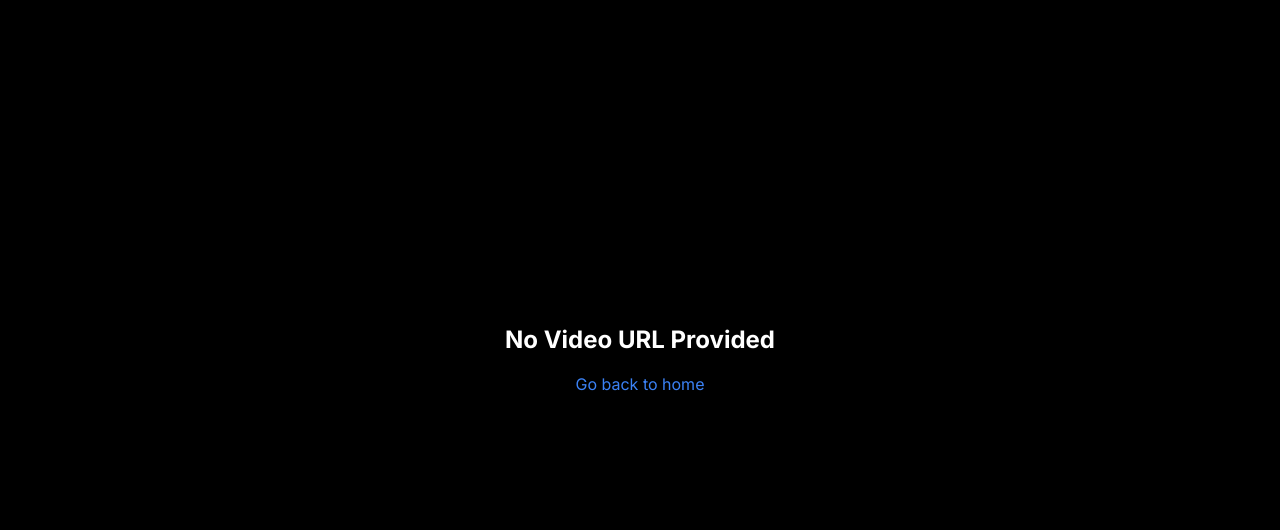
Repository: kibengevictor/CineStream
Page: /player
These files come from the project's save history. The page is drawn as it stood at one moment and after the next save; the edit follows.
The browser window is 1280 px wide. The pictures show the whole page.
The project was rebuilt for these pictures with package versions that can differ from the ones it lists, and the page was loaded fresh each time. The framework's server and built-in components were replaced by stand-ins that run in the browser. Also part of the build but not shown: next.config.js.

Above is the page before, as saved 2025-08-30 15:24:00.

After the next save:
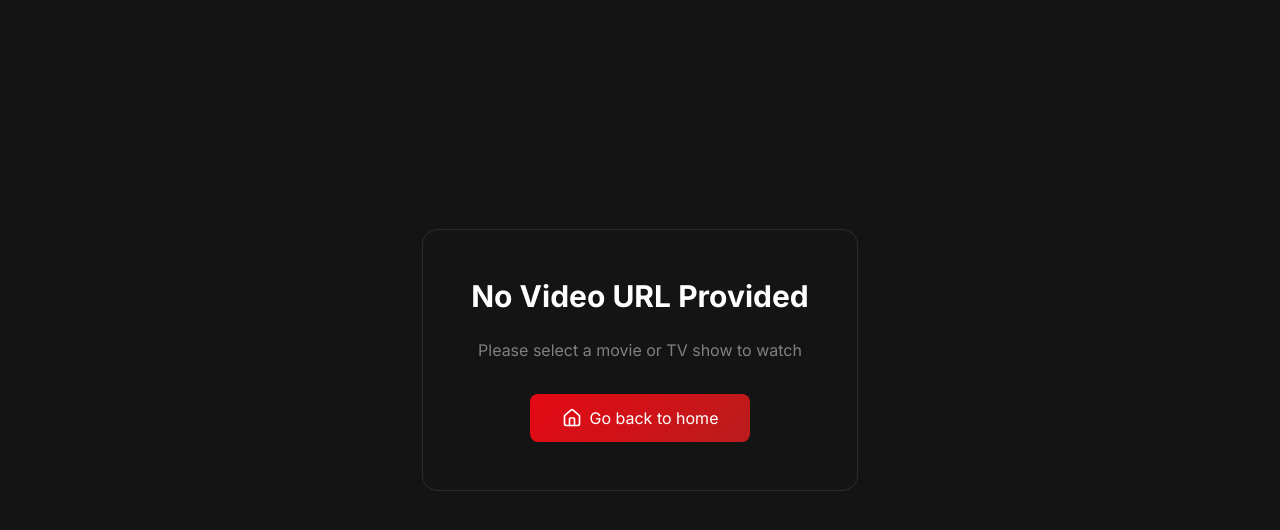
Saved 4 min 35 s later.
--- a/src/app/player/page.tsx
+++ b/src/app/player/page.tsx
@@ -1,7 +1,7 @@
 'use client'
 
 import { useSearchParams } from 'next/navigation'
-import { ArrowLeft, ExternalLink } from 'lucide-react'
+import { ArrowLeft, ExternalLink, Home, RotateCcw } from 'lucide-react'
 import { Suspense } from 'react'
 
 function PlayerContent() {
@@ -12,10 +12,19 @@ function PlayerContent() {
 
   if (!url) {
     return (
-      <div className="min-h-screen bg-black flex items-center justify-center text-white">
-        <div className="text-center">
-          <h1 className="text-2xl font-bold mb-4">No Video URL Provided</h1>
-          <a href="/" className="text-blue-500 hover:underline">Go back to home</a>
+      <div className="min-h-screen bg-netflix-black flex items-center justify-center text-white">
+        <div className="text-center glass p-12 rounded-2xl max-w-md">
+          <h1 className="text-3xl font-bold mb-6">No Video URL Provided</h1>
+          <p className="text-netflix-light-gray mb-8">
+            Please select a movie or TV show to watch
+          </p>
+          <a
+            href="/"
+            className="btn-primary text-white px-8 py-3 rounded-lg inline-flex items-center space-x-2 hover:bg-red-600 transition-all duration-300"
+          >
+            <Home className="w-5 h-5" />
+            <span>Go back to home</span>
+          </a>
         </div>
       </div>
     )
@@ -23,54 +32,96 @@ function PlayerContent() {
 
   const decodedUrl = decodeURIComponent(url)
 
+  const refreshPlayer = () => {
+    window.location.reload()
+  }
+
   return (
-    <div className="min-h-screen bg-black">
-      {/* Header */}
-      <header className="bg-black bg-opacity-90 p-4 flex items-center justify-between">
+    <div className="min-h-screen bg-netflix-black">
+      {/* Enhanced Header */}
+      <header className="glass bg-black/90 backdrop-blur-md p-4 flex items-center justify-between relative z-10">
         <div className="flex items-center space-x-4">
           <button
             onClick={() => window.history.back()}
-            className="text-white hover:text-gray-300 transition-colors"
+            className="text-white hover:text-netflix-red transition-colors duration-200 p-2 rounded-lg hover:bg-white/10"
           >
             <ArrowLeft className="w-6 h-6" />
           </button>
           <div>
-            <h1 className="text-white text-xl font-semibold">{title || 'Video Player'}</h1>
+            <h1 className="text-white text-xl font-bold">{title || 'Video Player'}</h1>
             {type && (
-              <p className="text-gray-400 text-sm capitalize">
-                {type === 'movie' ? 'Movie' : 'TV Show'}
-              </p>
+              <div className="flex items-center space-x-2">
+                <span className="bg-netflix-red px-3 py-1 rounded-full text-xs font-medium capitalize">
+                  {type === 'movie' ? 'Movie' : 'TV Show'}
+                </span>
+                <span className="text-netflix-light-gray text-sm">
+                  Powered by Vidsrc
+                </span>
+              </div>
             )}
           </div>
         </div>
 
-        <a
-          href={decodedUrl}
-          target="_blank"
-          rel="noopener noreferrer"
-          className="text-white hover:text-gray-300 transition-colors flex items-center space-x-2"
-          title="Open in new tab"
-        >
-          <ExternalLink className="w-5 h-5" />
-          <span className="hidden sm:inline">Open in new tab</span>
-        </a>
+        <div className="flex items-center space-x-3">
+          <button
+            onClick={refreshPlayer}
+            className="text-white hover:text-netflix-red transition-colors duration-200 p-2 rounded-lg hover:bg-white/10"
+            title="Refresh player"
+          >
+            <RotateCcw className="w-5 h-5" />
+          </button>
+
+          <a
+            href={decodedUrl}
+            target="_blank"
+            rel="noopener noreferrer"
+            className="text-white hover:text-netflix-red transition-colors duration-200 flex items-center space-x-2 p-2 rounded-lg hover:bg-white/10"
+            title="Open in new tab"
+          >
+            <ExternalLink className="w-5 h-5" />
+            <span className="hidden sm:inline">New Tab</span>
+          </a>
+        </div>
       </header>
 
-      {/* Video Player */}
+      {/* Video Player Container */}
       <div className="relative w-full h-[calc(100vh-80px)]">
+        {/* Loading overlay */}
+        <div className="absolute inset-0 bg-netflix-black flex items-center justify-center z-5">
+          <div className="text-center">
+            <div className="w-16 h-16 border-4 border-netflix-red/30 border-t-netflix-red rounded-full animate-spin mx-auto mb-4"></div>
+            <p className="text-white text-lg font-medium">Loading player...</p>
+            <p className="text-netflix-light-gray text-sm mt-2">This may take a few moments</p>
+          </div>
+        </div>
+
+        {/* Video iframe */}
         <iframe
           src={decodedUrl}
-          className="w-full h-full border-0"
+          className="w-full h-full border-0 relative z-10"
           allowFullScreen
           allow="accelerometer; autoplay; clipboard-write; encrypted-media; gyroscope; picture-in-picture; web-share"
           title={title || 'Video Player'}
           referrerPolicy="no-referrer-when-downgrade"
+          onLoad={() => {
+            // Hide loading overlay when iframe loads
+            const loadingOverlay = document.querySelector('.absolute.inset-0.bg-netflix-black') as HTMLElement
+            if (loadingOverlay) {
+              loadingOverlay.style.display = 'none'
+            }
+          }}
         />
       </div>
 
-      {/* Footer with instructions */}
-      <div className="absolute bottom-0 left-0 right-0 bg-black bg-opacity-75 p-2 text-center text-white text-sm">
-        <p>If the video doesn't load, try refreshing the page or opening in a new tab.</p>
+      {/* Instructions footer */}
+      <div className="glass absolute bottom-0 left-0 right-0 p-4 text-center backdrop-blur-sm bg-black/70">
+        <div className="flex flex-col sm:flex-row items-center justify-center space-y-2 sm:space-y-0 sm:space-x-6 text-sm text-netflix-light-gray">
+          <span>🎬 Press F11 for fullscreen experience</span>
+          <span>•</span>
+          <span>⚡ If video doesn't load, try refreshing</span>
+          <span>•</span>
+          <span>🔄 Use the refresh button for playback issues</span>
+        </div>
       </div>
     </div>
   )
@@ -79,8 +130,11 @@ function PlayerContent() {
 export default function PlayerPage() {
   return (
     <Suspense fallback={
-      <div className="min-h-screen bg-black flex items-center justify-center text-white">
-        <div>Loading player...</div>
+      <div className="min-h-screen bg-netflix-black flex items-center justify-center text-white">
+        <div className="text-center">
+          <div className="w-16 h-16 border-4 border-netflix-red/30 border-t-netflix-red rounded-full animate-spin mx-auto mb-4"></div>
+          <p className="text-xl font-medium">Loading player...</p>
+        </div>
       </div>
     }>
       <PlayerContent />
